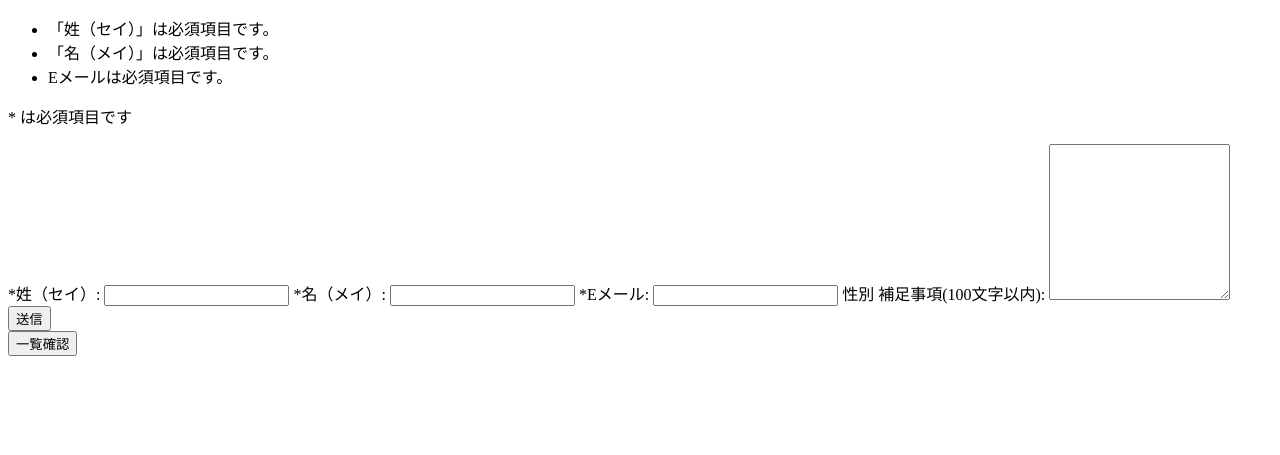
Repository: yoshiryoryo/phpform2
Page: http://localhost/validation.php
An editor plug-in stored every save of this project. The page is shown before and after a run of saves, followed by the edit.
The browser window is 1280 px wide. The pictures show the whole page.
The page is run by PHP 8.4 with error messages shown; the project is at /var/www/html/.

Above is the page before, as saved 2021-03-06 23:29:00.

After the next 2 saves:
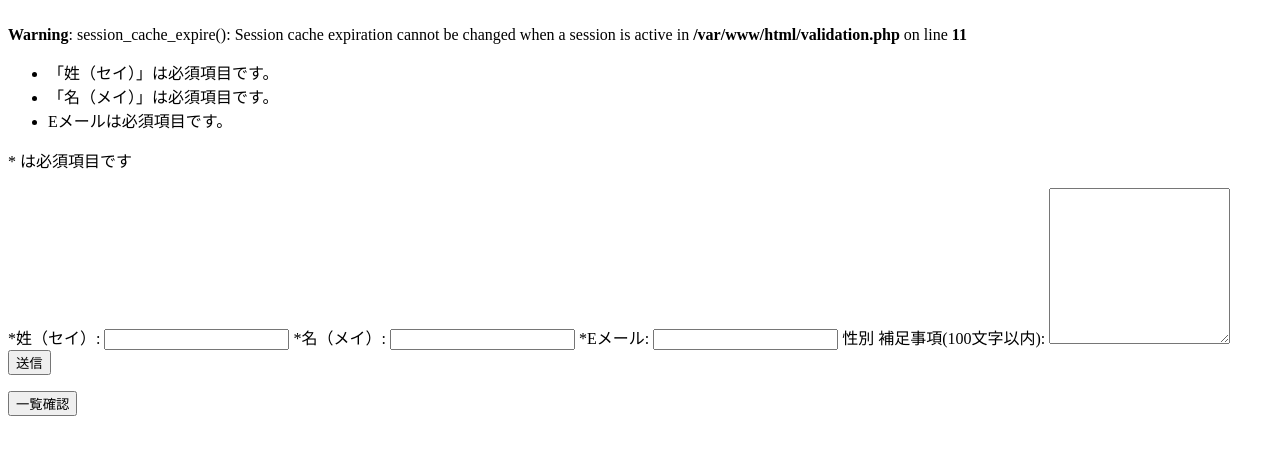
The 2 saves are shown as one change because they came seconds apart.
The last was saved 13 s later.
--- a/validation.php
+++ b/validation.php
@@ -8,6 +8,7 @@ function generateToken()
     return bin2hex($bytes);
 }
 $token = generateToken();
+session_cache_expire(1);
 $_SESSION['token'] = $token;
 
 // エラー内容
